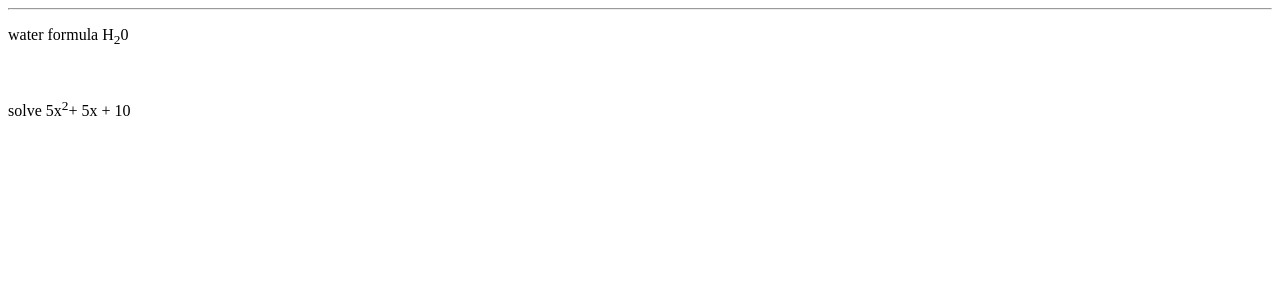
Repository: wakoya-tech/Node.js
Page: Desktop/Node-js/example/index.html
These files come from the project's save history. The page is drawn as it stood at one moment and after the next save; the edit follows.
The browser window is 1280 px wide. The pictures show the whole page.

Above is the page before, as saved 2025-11-13 10:28:05.

After the next save:
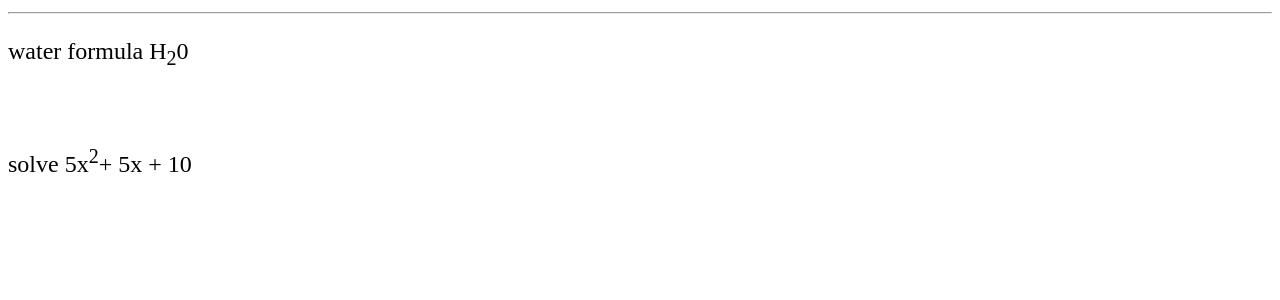
Saved 104 s later.
--- a/Desktop/Node-js/example/index.html
+++ b/Desktop/Node-js/example/index.html
@@ -6,9 +6,10 @@
     <title>Document</title>
 </head>
 <body>
-    <hr>
+    <font size="5"> <hr>
     <p>water formula H<sub>2</sub>0</p>
    <br>
-    <p>solve 5x<sup>2</sup>+ 5x + 10</p>
+    <p>solve 5x<sup>2</sup>+ 5x + 10</p></font>
+
 </body>
 </html>
